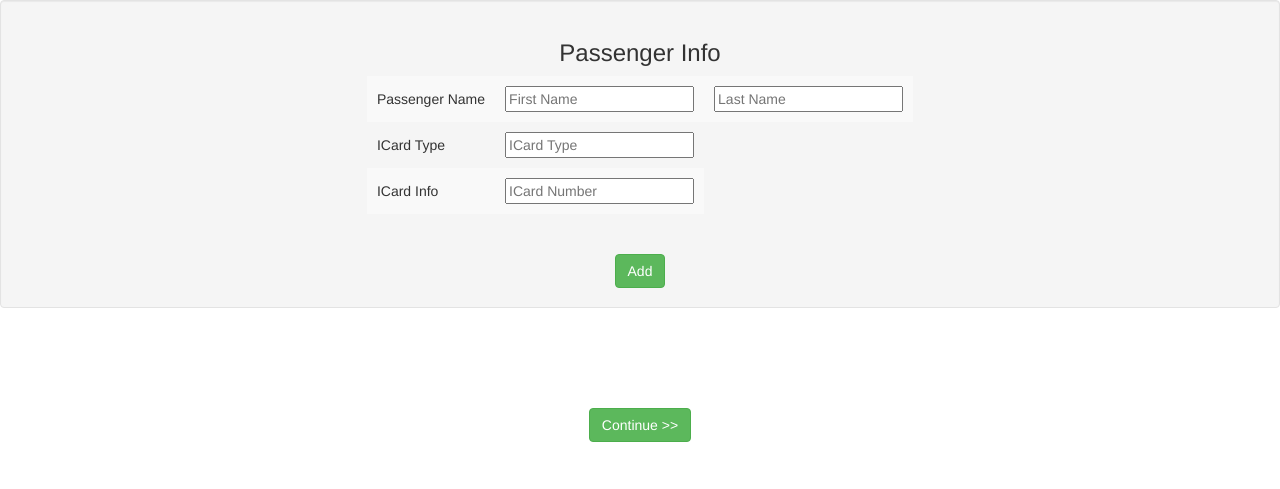
Repository: harshadrane89/CMPE273-WebService-AirlineManagement
Page: http://localhost/AirlineManagementSystemClient/TwitterGUI/PassengerInfo.jsp
The author's editor kept a copy of each file at every save. The page is drawn from the files as they stood at one save, then again after the next save.
The browser window is 1280 px wide. The pictures show the whole page.
The page is served by Tomcat 9. Other server files are loaded and not shown.

Above is the page before, as saved 2013-12-07 09:52:42.

### 273_Project_Tomcat/AirlineManagementSystemClient/WebContent/TwitterGUI/PassengerInfo.jsp
<%@page import="com.airlinemgmt.beans.Reservation"%>
<%@page import="com.airlinemgmt.beans.Traveller"%>
<%@ page language="java" contentType="text/html; charset=US-ASCII"
	pageEncoding="US-ASCII"%>
<!DOCTYPE html PUBLIC "-//W3C//DTD HTML 4.01 Transitional//EN" "http://www.w3.org/TR/html4/loose.dtd">
<html>
<head>
<meta http-equiv="Content-Type" content="text/html; charset=US-ASCII">
<title></title>
<link href="css/bootstrap.min.css" rel="stylesheet" media="screen">
<link href="css/datepicker.css" rel="stylesheet">
<link href="css/prettify.css" rel="stylesheet">
</head>
<body>

	<form action="" method="get" class="well">
		<center>
			<h3>Passenger Info</h3>
			<table cellpadding="10px" cellspacing="10px" class="table-striped">
				<tr>
					<td>Passenger Name</td>
					<td><input type="text" placeholder="First Name" name="fName"></td>
					<td><input type="text" placeholder="Last Name" name="lName"></td>
				</tr>

				<tr>
					<td>ICard Type</td>
					<td><input type="text" placeholder="ICard Type" name="idType"></td>
				</tr>

				<tr>
					<td>ICard Info</td>
					<td><input type="text" placeholder="ICard Number" name="idNum"></td>
				</tr>

			</table>
			<br /> <br /> <input type="submit" class="btn btn-success"
				value="Add">


		</center>
	</form>
<center>
	<%
		if (session.getAttribute("myReservation") != null) {

			Reservation reservation = (Reservation) session
					.getAttribute("myReservation");
			Traveller[] traveller = reservation.getPassenger();
			if(traveller!=null)
			{
	%>
	<table class="table-striped">

		<thead>
			<tr>
				<td>Passenger Name</td>
				<td>ICard Type</td>
				<td>ICard Info</td>
			</tr>
		</thead>

		<%
			int i=0;
			for (Traveller obj : traveller) {
		%>
		<tr>
			<td><%=obj.getfName()%>&nbsp;<%=obj.getlName()%>&nbsp;</td>
			<td><%=obj.getNationality()%></td>
			<td><%=obj.getPassNum()%></td>
			<td><form action="" method="get">
			<input type="submit" value="Delete" class="btn btn-danger" name="<%=i %>">
			</form>
			</td>
		</tr>

		<%
			i++;
			}
		%>

	</table>
	<%
		}}
	%>
	<br>
	<br>
	<br>
	<br>
	<a href="../TwitterGUI/TransactionInfo.jsp" class="btn btn-success" >Continue >> </a></center>
	</center>
</body>
</html>

### 273_Project_Tomcat/AirlineManagementSystemClient/WebContent/css/datepicker.css
/*!
 * Datepicker for Bootstrap
 *
 * Copyright 2012 Stefan Petre
 * Licensed under the Apache License v2.0
 * http://www.apache.org/licenses/LICENSE-2.0
 *
 */
.datepicker {
  top: 0;
  left: 0;
  padding: 4px;
  margin-top: 1px;
  -webkit-border-radius: 4px;
  -moz-border-radius: 4px;
  border-radius: 4px;
  /*.dow {
    border-top: 1px solid #ddd !important;
  }*/

}
.datepicker:before {
  content: '';
  display: inline-block;
  border-left: 7px solid transparent;
  border-right: 7px solid transparent;
  border-bottom: 7px solid #ccc;
  border-bottom-color: rgba(0, 0, 0, 0.2);
  position: absolute;
  top: -7px;
  left: 6px;
}
.datepicker:after {
  content: '';
  display: inline-block;
  border-left: 6px solid transparent;
  border-right: 6px solid transparent;
  border-bottom: 6px solid #ffffff;
  position: absolute;
  top: -6px;
  left: 7px;
}
.datepicker > div {
  display: none;
}
.datepicker table {
  width: 100%;
  margin: 0;
}
.datepicker td,
.datepicker th {
  text-align: center;
  width: 20px;
  height: 20px;
  -webkit-border-radius: 4px;
  -moz-border-radius: 4px;
  border-radius: 4px;
}
.datepicker td.day:hover {
  background: #eeeeee;
  cursor: pointer;
}
.datepicker td.day.disabled {
  color: #eeeeee;
}
.datepicker td.old,
.datepicker td.new {
  color: #999999;
}
.datepicker td.active,
.datepicker td.active:hover {
  color: #ffffff;
  background-color: #006dcc;
  background-image: -moz-linear-gradient(top, #0088cc, #0044cc);
  background-image: -webkit-gradient(linear, 0 0, 0 100%, from(#0088cc), to(#0044cc));
  background-image: -webkit-linear-gradient(top, #0088cc, #0044cc);
  background-image: -o-linear-gradient(top, #0088cc, #0044cc);
  background-image: linear-gradient(to bottom, #0088cc, #0044cc);
  background-repeat: repeat-x;
  filter: progid:DXImageTransform.Microsoft.gradient(startColorstr='#ff0088cc', endColorstr='#ff0044cc', GradientType=0);
  border-color: #0044cc #0044cc #002a80;
  border-color: rgba(0, 0, 0, 0.1) rgba(0, 0, 0, 0.1) rgba(0, 0, 0, 0.25);
  *background-color: #0044cc;
  /* Darken IE7 buttons by default so they stand out more given they won't have borders */

  filter: progid:DXImageTransform.Microsoft.gradient(enabled = false);
  color: #fff;
  text-shadow: 0 -1px 0 rgba(0, 0, 0, 0.25);
}
.datepicker td.active:hover,
.datepicker td.active:hover:hover,
.datepicker td.active:focus,
.datepicker td.active:hover:focus,
.datepicker td.active:active,
.datepicker td.active:hover:active,
.datepicker td.active.active,
.datepicker td.active:hover.active,
.datepicker td.active.disabled,
.datepicker td.active:hover.disabled,
.datepicker td.active[disabled],
.datepicker td.active:hover[disabled] {
  color: #ffffff;
  background-color: #0044cc;
  *background-color: #003bb3;
}
.datepicker td.active:active,
.datepicker td.active:hover:active,
.datepicker td.active.active,
.datepicker td.active:hover.active {
  background-color: #003399 \9;
}
.datepicker td span {
  display: block;
  width: 47px;
  height: 54px;
  line-height: 54px;
  float: left;
  margin: 2px;
  cursor: pointer;
  -webkit-border-radius: 4px;
  -moz-border-radius: 4px;
  border-radius: 4px;
}
.datepicker td span:hover {
  background: #eeeeee;
}
.datepicker td span.active {
  color: #ffffff;
  background-color: #006dcc;
  background-image: -moz-linear-gradient(top, #0088cc, #0044cc);
  background-image: -webkit-gradient(linear, 0 0, 0 100%, from(#0088cc), to(#0044cc));
  background-image: -webkit-linear-gradient(top, #0088cc, #0044cc);
  background-image: -o-linear-gradient(top, #0088cc, #0044cc);
  background-image: linear-gradient(to bottom, #0088cc, #0044cc);
  background-repeat: repeat-x;
  filter: progid:DXImageTransform.Microsoft.gradient(startColorstr='#ff0088cc', endColorstr='#ff0044cc', GradientType=0);
  border-color: #0044cc #0044cc #002a80;
  border-color: rgba(0, 0, 0, 0.1) rgba(0, 0, 0, 0.1) rgba(0, 0, 0, 0.25);
  *background-color: #0044cc;
  /* Darken IE7 buttons by default so they stand out more given they won't have borders */

  filter: progid:DXImageTransform.Microsoft.gradient(enabled = false);
  color: #fff;
  text-shadow: 0 -1px 0 rgba(0, 0, 0, 0.25);
}
.datepicker td span.active:hover,
.datepicker td span.active:focus,
.datepicker td span.active:active,
.datepicker td span.active.active,
.datepicker td span.active.disabled,
.datepicker td span.active[disabled] {
  color: #ffffff;
  background-color: #0044cc;
  *background-color: #003bb3;
}
.datepicker td span.active:active,
.datepicker td span.active.active {
  background-color: #003399 \9;
}
.datepicker td span.old {
  color: #999999;
}
.datepicker th.switch {
  width: 145px;
}
.datepicker th.next,
.datepicker th.prev {
  font-size: 21px;
}
.datepicker thead tr:first-child th {
  cursor: pointer;
}
.datepicker thead tr:first-child th:hover {
  background: #eeeeee;
}
.input-append.date .add-on i,
.input-prepend.date .add-on i {
  display: block;
  cursor: pointer;
  width: 16px;
  height: 16px;
}

Loaded but not shown: 273_Project_Tomcat/AirlineManagementSystemClient/WebContent/css/bootstrap.min.css (library); 273_Project_Tomcat/AirlineManagementSystemClient/WebContent/css/prettify.css (common file)

After the next save:
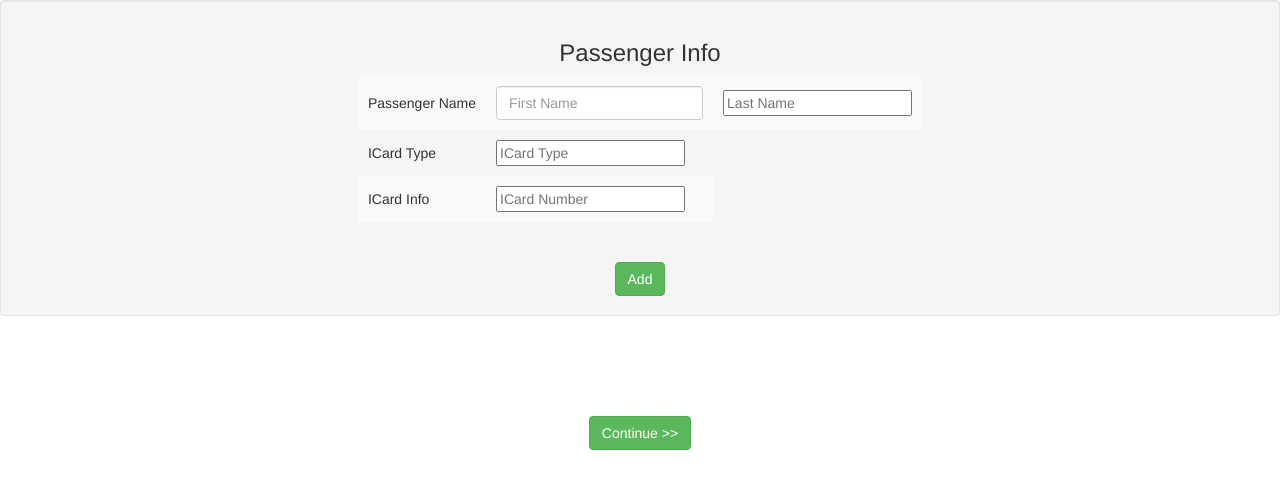
Saved 77 s later.
--- a/273_Project_Tomcat/AirlineManagementSystemClient/WebContent/TwitterGUI/PassengerInfo.jsp
+++ b/273_Project_Tomcat/AirlineManagementSystemClient/WebContent/TwitterGUI/PassengerInfo.jsp
@@ -19,7 +19,7 @@
 			<table cellpadding="10px" cellspacing="10px" class="table-striped">
 				<tr>
 					<td>Passenger Name</td>
-					<td><input type="text" placeholder="First Name" name="fName"></td>
+					<td><input type="text" placeholder="First Name" name="fName" class="form-control"></td>
 					<td><input type="text" placeholder="Last Name" name="lName"></td>
 				</tr>
 
